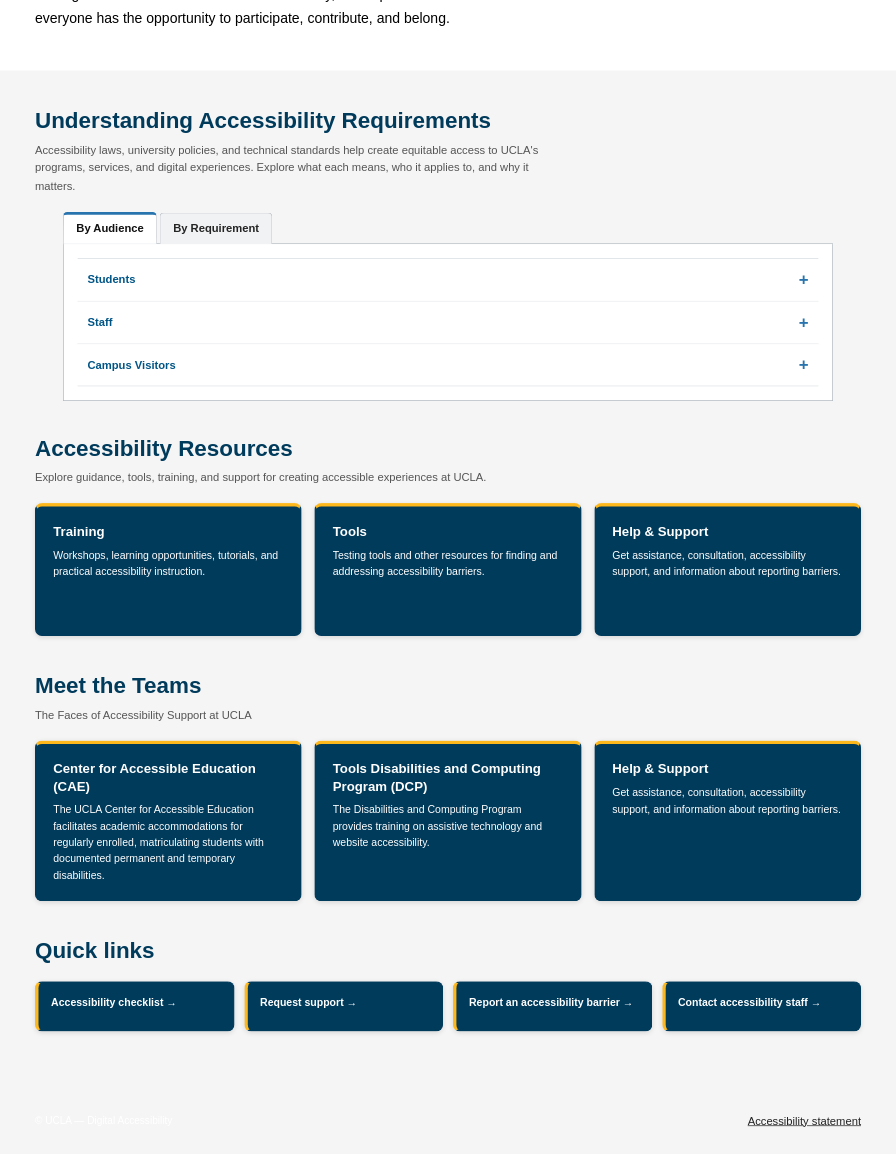
Repository: PSunnywell/UCLA-A11y-barrier-page
Page: index_tabs_with_accordions.html
These files come from the project's save history. The page is drawn as it stood at one moment and after the next save; the edit follows.
The browser window is 1280 px wide. The pictures show the part of the page from y = 684 to 2604 px (the page is 2333 px tall before and 2604 px after), at 70% of full size.

Above is the page before, as saved 2026-10-13 17:16:44.
Not found: search.js

After the next save:
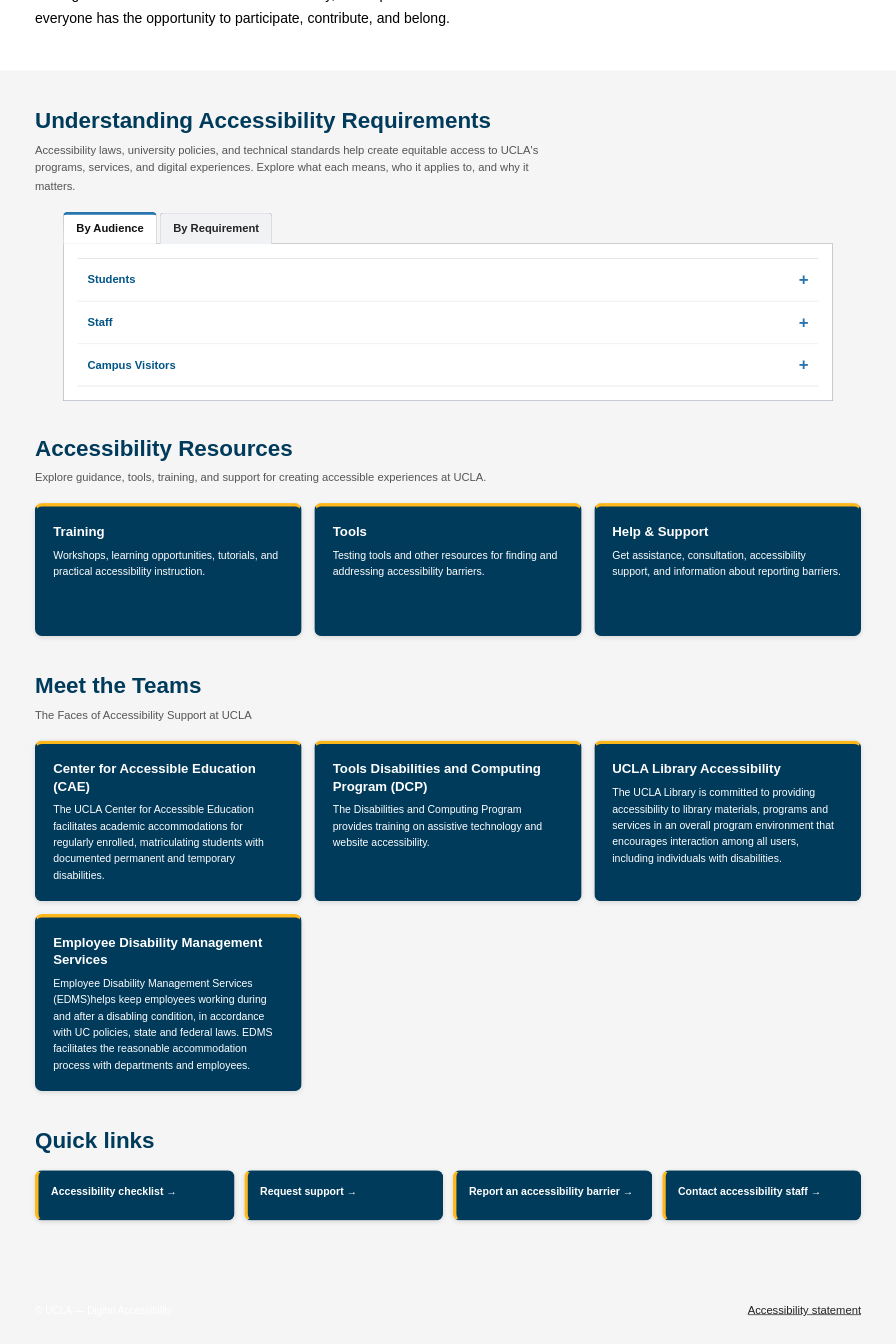
Saved 3 min 26 s later.
--- a/index_tabs_with_accordions.html
+++ b/index_tabs_with_accordions.html
@@ -224,7 +224,7 @@
         <!-- CARD 1 -->
         <a
           class="resource-card is-dark"
-          href="acae.html"
+          href="cae.html"
         >
           <h3>
            Center for Accessible Education (CAE)
@@ -253,17 +253,27 @@
         <!-- CARD 3 -->
         <a
           class="resource-card is-dark"
-          href="support.html" >
-          <h3>
-            Help & Support
-          </h3>
-
-          <p>
-            Get assistance, consultation, accessibility
-            support, and information about reporting barriers.
-          </p>
-        </a>
-
+          href="library.html" >
+          <h3>
+            UCLA Library Accessibility
+          </h3>
+
+          <p>
+            The UCLA Library is committed to providing accessibility to library materials, programs and services in an overall program environment that encourages interaction among all users, including individuals with disabilities.
+          </p>
+        </a>
+
+         <!-- CARD 4 -->
+        <a
+          class="resource-card is-dark"
+          href="edms.html" >
+          <h3>Employee Disability Management Services
+          </h3>
+
+          <p>
+            Employee Disability Management Services (EDMS)helps keep employees working during and after a disabling condition, in accordance with UC policies, state and federal laws. EDMS facilitates the reasonable accommodation process with departments and employees.
+          </p>
+        </a>
 
       </div>
 
